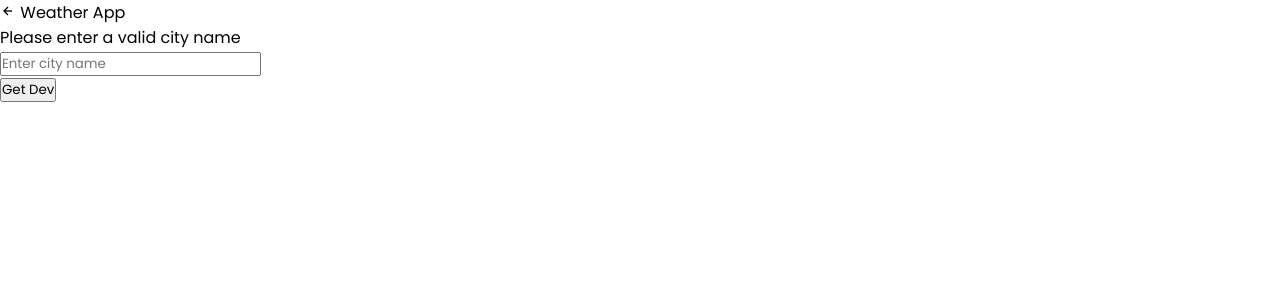
Repository: long13820/Weather-App-HTML-CSS-Javascript
Page: index.html
The author's editor kept a copy of each file at every save. The page is drawn from the files as they stood at one save, then again after the next save.
The browser window is 1280 px wide. The pictures show the whole page.

Above is the page before, as saved 2021-09-01 22:55:38.

After the next save:
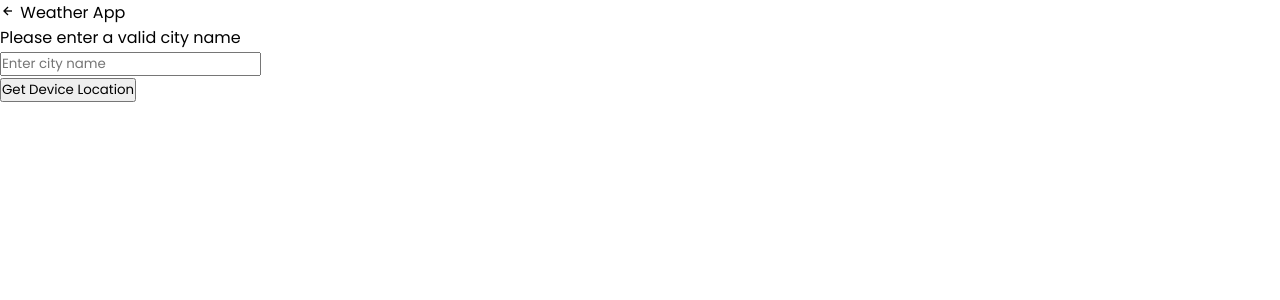
Saved 4 s later.
--- a/index.html
+++ b/index.html
@@ -22,7 +22,7 @@
             <p class="info-txt">Please enter a valid city name</p>
             <input type="text" placeholder="Enter city name" spellcheck="false">
             <div class="separator"></div>
-            <button>Get Dev</button>
+            <button>Get Device Location</button>
         </section>
     </div>
 </body>
